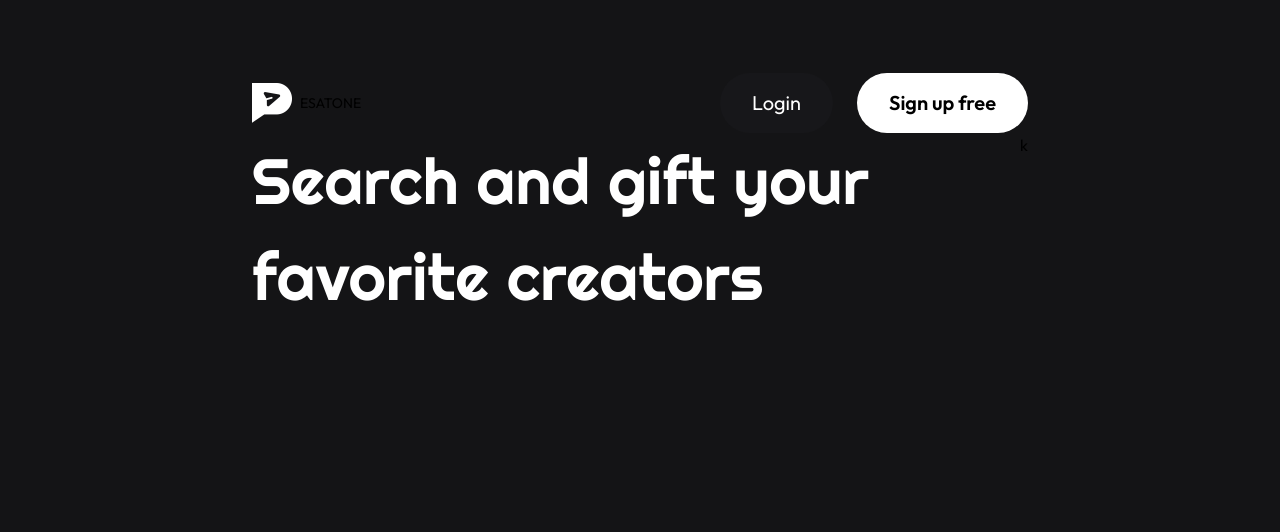
Repository: felixdusengimana/capstone-project-mirror
Page: / (app in frontend/)
An editor plug-in stored every save of this project. The page is shown before and after the next save, followed by the edit.
The browser window is 1280 px wide. The pictures show the whole page.
The project was rebuilt for these pictures with package versions that can differ from the ones it lists, and the page was loaded fresh each time. The framework's server and built-in components were replaced by stand-ins that run in the browser. Also part of the build but not shown: frontend/next.config.mjs.

Above is the page before, as saved 2024-03-11 12:04:26.

### frontend/app/layout.tsx
import type { Metadata } from "next";
import { Righteous, Outfit } from "next/font/google";
import "./globals.css";

const outfit = Outfit({ subsets: ["latin"], variable: "--font-outfit" });
const righteous = Righteous({
  subsets: ["latin"],
  variable: "--font-righteous",
  weight: "400",
});

export const metadata: Metadata = {
  title: "Pesatone - Search and gift your favorite creators",
  description:
    "A place where fans show gratitude to the African content creators they love!",
};

export default function RootLayout({
  children,
}: Readonly<{
  children: React.ReactNode;
}>) {
  return (
    <html lang="en">
      <body className={`${outfit.variable} ${righteous.variable} font-sans`}>
        {children}
      </body>
    </html>
  );
}

### frontend/app/page.tsx
import Headline from "@/components/atoms/Headline";
import Navbar from "@/components/organisms/Navbar";
import React from "react";

export default function page() {
  return (
    <div className="py-[73px]">
      <Navbar />

      <div className="flex page-padding">
        <div>
          <Headline className="text-[64px]">
            Search and gift your favorite creators
          </Headline>
        </div>
        <div>k</div>
      </div>
    </div>
  );
}

### frontend/app/globals.css
@tailwind base;
@tailwind components;
@tailwind utilities;

:root {
  --bg: #141416;
  --bg-hover: #232326;
  --secondary-color: #17171A;
  --foreground-rgb: 0, 0, 0;
  --background-start-rgb: 214, 219, 220;
  --background-end-rgb: 255, 255, 255;
}

@media (prefers-color-scheme: dark) {
  :root {
    --foreground-rgb: 255, 255, 255;
    --background-start-rgb: 0, 0, 0;
    --background-end-rgb: 0, 0, 0;
  }
}

body {
  background: var(--bg);
  color: rgb(var(--foreground-rgb));
}

@layer utilities {
  .text-balance {
    text-wrap: balance;
  }
}

.page-padding {
  padding: 0 252px;
}

### frontend/components/atoms/Headline.tsx
import { ComponentProps } from "react";

interface HeadlineProps extends ComponentProps<"h1"> {}

export default function Headline({ ...props }: HeadlineProps) {
  return (
    <div className={`font-mono text-white ${props.className}`}>
      {props.children}
    </div>
  );
}

### frontend/components/organisms/Navbar.tsx
import Image from "next/image";
import Button from "../atoms/Button";
import Link from "next/link";

export default function Navbar() {
  return (
    <div className="page-padding flex justify-between items-center">
      <Link href={"/"} className="flex  items-center gap-2">
        <Image
          src="/logo-white.png"
          alt="PESATONElogo"
          width={40}
          height={40}
        />
        <p className="text-sm">ESATONE</p>
      </Link>
      <div className="flex items-center gap-6">
        <Link href={"/login"}>
          <Button variant="secondary" className="px-12">
            Login
          </Button>
        </Link>
        <Link href={"/join"}>
          <Button variant="white" className="font-semibold">
            Sign up free
          </Button>
        </Link>
      </div>
    </div>
  );
}

### frontend/components/atoms/Button.tsx
import { ComponentProps } from "react";

interface ButtonProps extends ComponentProps<"button"> {
  variant?: "dark" | "white" | "blurred" | "secondary";
  size?: "sm" | "md" | "lg";
  bordered?: boolean;
}

export default function Button({ ...props }: ButtonProps) {
  const { variant = "dark", size = "md", bordered = false } = props;

  const variantClasses = {
    dark: "bg-black text-white",
    white: "bg-white text-black",
    secondary: "bg-secondary text-white",
    blurred: "bg-blurred text-white",
  };

  const sizeClasses = {
    sm: "px-2 py-1",
    md: "px-8 py-4",
    lg: "px-6 py-3",
  };

  const borderClasses = bordered ? "border border-black" : "";

  return (
    <button
      {...props}
      className={`text-xl font-normal rounded-full ${variantClasses[variant]} ${sizeClasses[size]} ${borderClasses} ${props.className}`}
    >
      {props.children}
    </button>
  );
}

### frontend/tailwind.config.ts
import type { Config } from "tailwindcss";

const config: Config = {
  content: [
    "./pages/**/*.{js,ts,jsx,tsx,mdx}",
    "./components/**/*.{js,ts,jsx,tsx,mdx}",
    "./app/**/*.{js,ts,jsx,tsx,mdx}",
  ],
  theme: {
    extend: {
      // backgroundImage: {
      //   "gradient-radial": "radial-gradient(var(--tw-gradient-stops))",
      //   "gradient-conic":
      //     "conic-gradient(from 180deg at 50% 50%, var(--tw-gradient-stops))",
      // },
      fontFamily: {
        sans: ["var(--font-outfit)"],
        mono: ["var(--font-righteous)"],
      },
      colors: {
        secondary: "var(--secondary-color)",
      },
    },
  },
  plugins: [],
};
export default config;

After the next save:
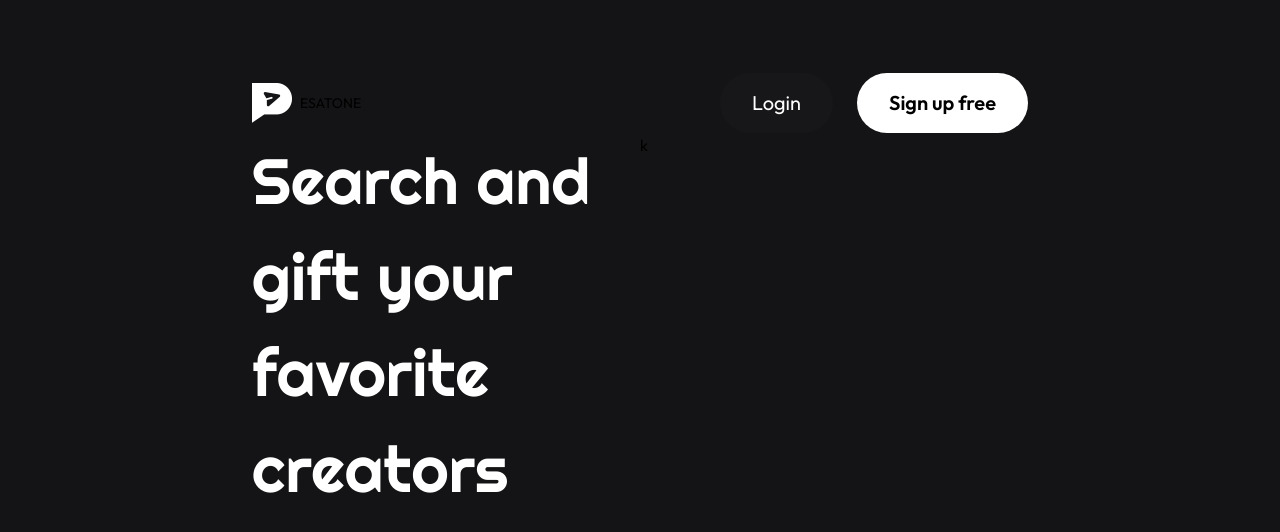
Saved 16 s later.
--- a/frontend/app/page.tsx
+++ b/frontend/app/page.tsx
@@ -7,7 +7,7 @@ export default function page() {
     <div className="py-[73px]">
       <Navbar />
 
-      <div className="flex page-padding">
+      <div className="grid grid-cols-2 page-padding">
         <div>
           <Headline className="text-[64px]">
             Search and gift your favorite creators
